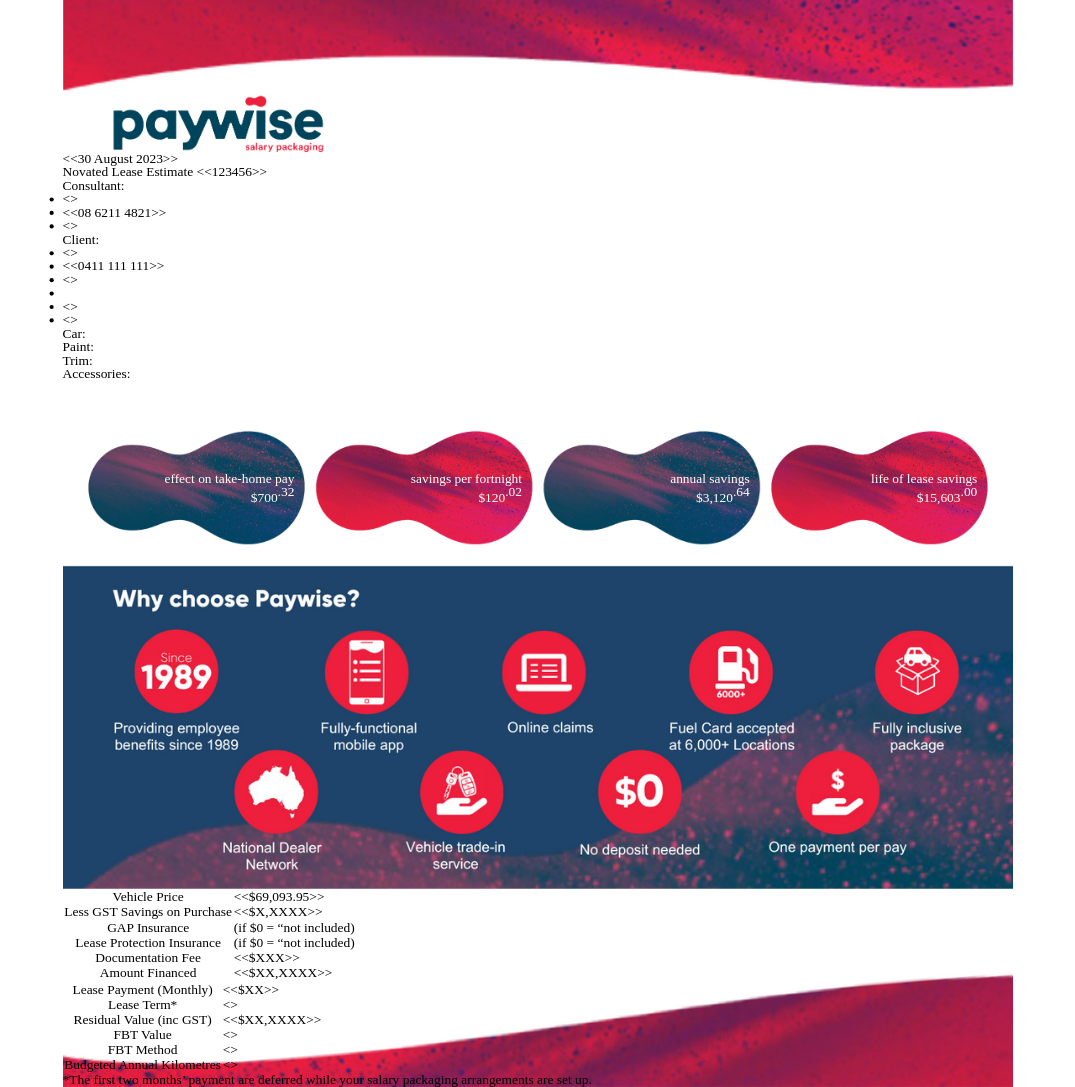
Repository: hoangtubest/novated-phong
Page: 1.html
These files come from the project's save history. The page is drawn as it stood at one moment and after the next save; the edit follows.
The browser window is 1280 px wide. The pictures show the whole page, at 84% of full size.
The style sheet was rebuilt from its Sass, Less or Tailwind sources for each picture, by a compiler version that may differ from the author's.

Above is the page before, as saved 2023-10-18 13:25:07.

After the next save:
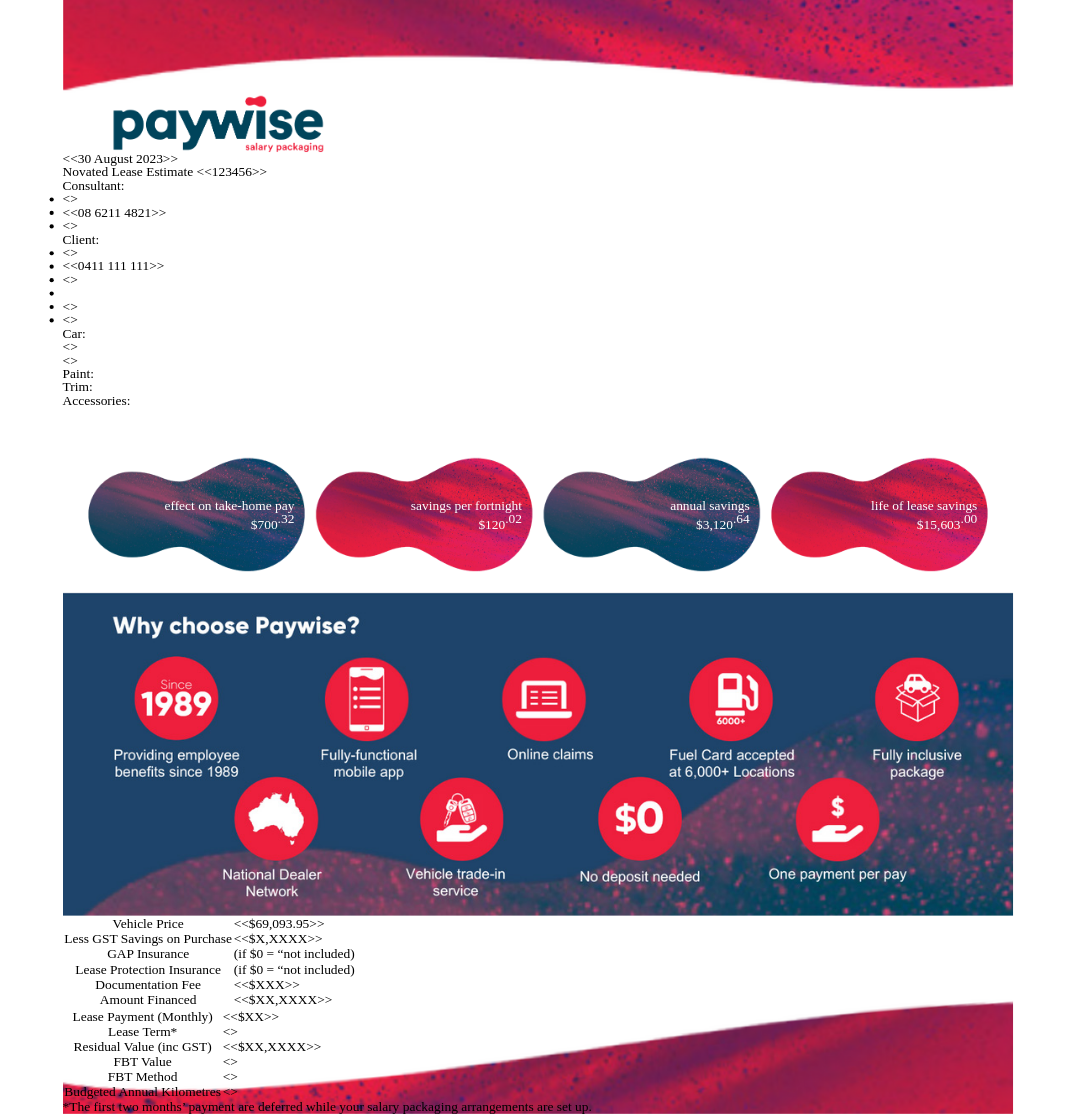
Saved 10 s later.
--- a/1.html
+++ b/1.html
@@ -61,7 +61,10 @@
           </dl>
           <dl>
             <dt><strong>Car:</strong></dt>
-            <dd></dd>
+            <dd>
+              <<Description>><br>
+                <<Description>>
+            </dd>
           </dl>
           <dl>
             <dt>Paint:</dt>
